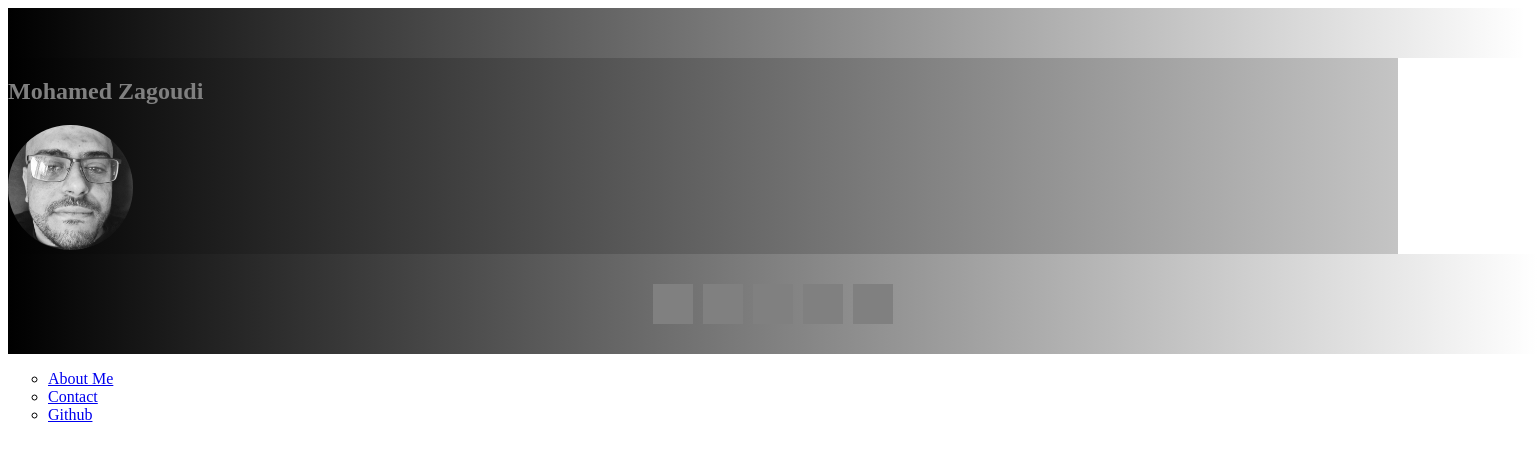
Repository: Mohzagou/Eersteportofolio
Page: index.html
The author's editor kept a copy of each file at every save. The page is drawn from the files as they stood at one save, then again after the next save.
The browser window is 1280 px wide. The page is 1537 px wide, so the pictures cover 1537 px, including what lies to the right of the window. The pictures show the whole page.

Above is the page before, as saved 2022-06-07 22:48:07.

### index.html
<!DOCTYPE html>


<head>
    <link rel="stylesheet" href="styles.css" />
    <meta charset="UTF-8">

    <title>Document</title>
</head>

<body>

    <header></header>
    <div class="about-me">
        <h2 id="name">Mohamed Zagoudi</h2>
        <img class="avatar" src="images/67gwzvy.jpeg" alt="Mohamed Zagoudi headshot">


        <section>
            <div class="test"></div>
            <div class="test"></div>
            <div class="test"></div>
            <div class="test"></div>
            <div class="test"></div>
        </section>
        <footer>
            <ul style="list-style-type: circle ">
                <li><a href=" ">About Me</a></li>
                <li><a href=" ">Contact</a></li>
                <li><a href="https://github.com/Mohzagou ">Github</a></li>

            </ul>

        </footer>



</body>



</html>

### styles.css
body {
    display: flex;
    flex-direction: column;
}

header {
    width: 120%;
    height: 50px;
    background-image: linear-gradient(to right, black, grey, white);
    /*background-color: rgb(113, 74, 145);*/
}

section {
    width: 110%;
    height: 100px;
    background-image: linear-gradient(to right, black, grey, white);
    background-color: #234def;
    display: flex;
    align-items: center;
    justify-content: center;
}

.about-me {
    width: 110%;
    height: 200px;
    background-image: repeating-linear-gradient(to right, black, grey, white 130%);
    /*background-color: rgb(177, 69, 21, 0.8);*/
    /*margin: 10px 0 10px 0;
    border: solid black 10px;
    border-radius: 15px;*/
}

.avatar {
    width: 125px;
    border-radius: 62px;
}

#name {
    color: grey;
}

.test {
    width: 40px;
    height: 40px;
    background-color: grey;
    margin: 5px;
}

After the next save:
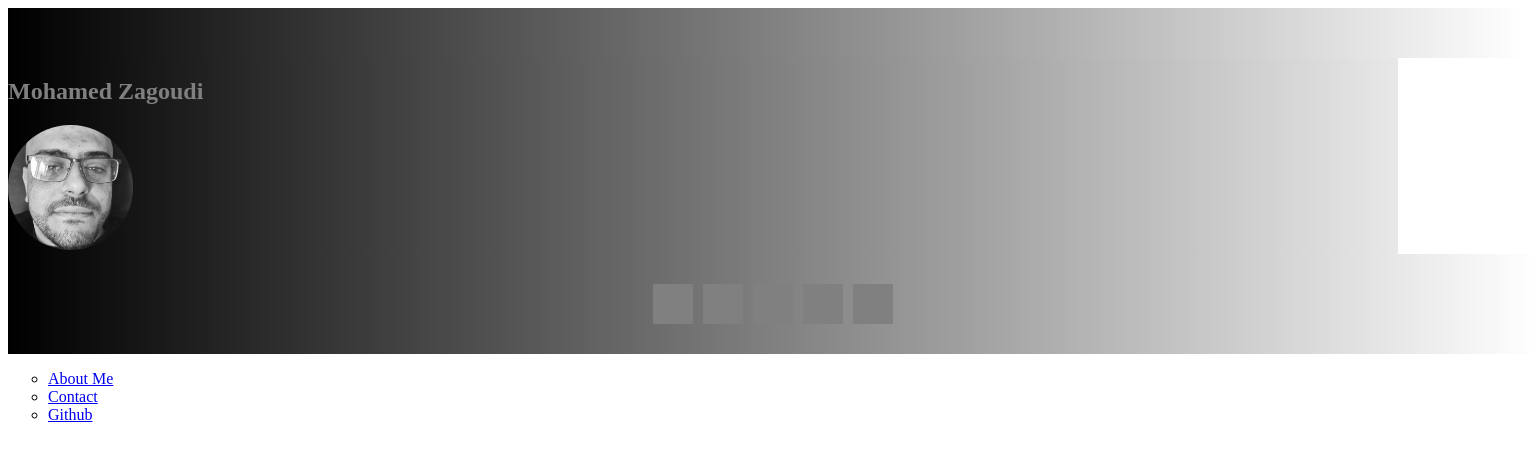
Saved 6 s later.
--- a/styles.css
+++ b/styles.css
@@ -23,7 +23,7 @@
 .about-me {
     width: 110%;
     height: 200px;
-    background-image: repeating-linear-gradient(to right, black, grey, white 130%);
+    background-image: repeating-linear-gradient(to right, black, grey, white 110%);
     /*background-color: rgb(177, 69, 21, 0.8);*/
     /*margin: 10px 0 10px 0;
     border: solid black 10px;

After the 5 saves that followed:
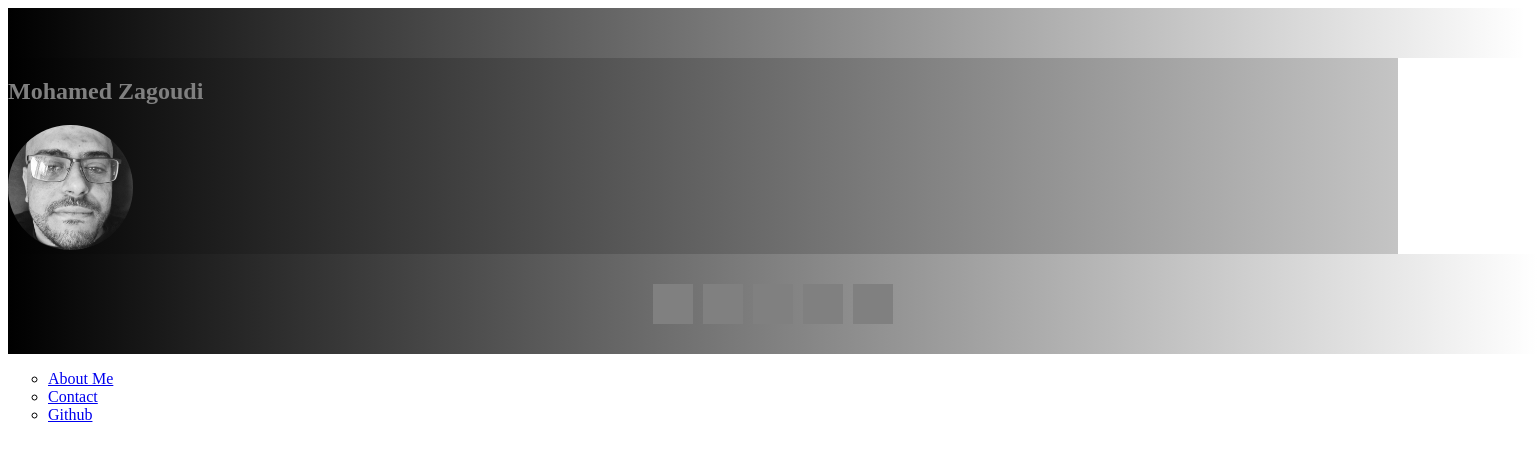
The 5 saves are shown as one change because 4 left the picture as it was.
The last was saved 83 s later.
--- a/styles.css
+++ b/styles.css
@@ -23,7 +23,7 @@
 .about-me {
     width: 110%;
     height: 200px;
-    background-image: repeating-linear-gradient(to right, black, grey, white 110%);
+    background-image: repeating-linear-gradient(to right, black, grey, white 130%);
     /*background-color: rgb(177, 69, 21, 0.8);*/
     /*margin: 10px 0 10px 0;
     border: solid black 10px;
@@ -33,6 +33,7 @@
 .avatar {
     width: 125px;
     border-radius: 62px;
+    background-image: repeating-linear-gradient(to right, black, grey, 110%);
 }
 
 #name {
